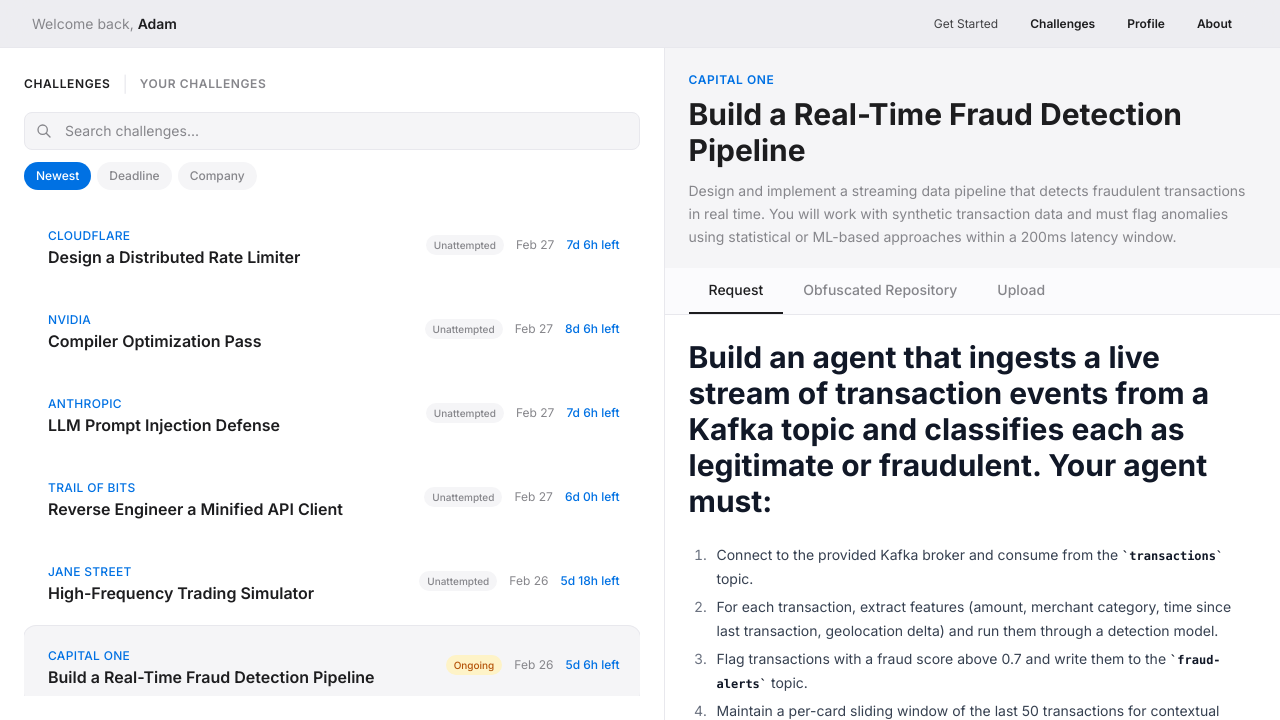
Repository: Ypout07/raikes-hacks
Page: / (app in web/)
These files come from the project's save history. The page is drawn as it stood at one moment and after the next save; the edit follows.
The browser window is 1280 px wide. The pictures show the whole page.
An inner scrolling area shows only its first screen. The project was rebuilt for these pictures with package versions that can differ from the ones it lists, and the page was loaded fresh each time. The framework's server and built-in components were replaced by stand-ins that run in the browser. Also part of the build but not shown: web/next.config.ts.

Above is the page before, as saved 2026-02-28 21:56:27.

### web/src/app/layout.tsx
import type { Metadata } from "next";
import { Inter } from "next/font/google";
import "./globals.css";

const inter = Inter({
  subsets: ["latin"],
  weight: ["400", "500", "600", "700"],
});

export const metadata: Metadata = {
  title: "Raikes Hacks",
  description: "Raikes Hacks competition platform",
};

export default function RootLayout({
  children,
}: {
  children: React.ReactNode;
}) {
  return (
    <html lang="en">
      <body className={inter.className}>{children}</body>
    </html>
  );
}

### web/src/app/globals.css
@tailwind base;
@tailwind components;
@tailwind utilities;

@layer base {
  body {
    @apply bg-surface-overlay text-body antialiased;
  }
}

@layer utilities {
  .scrollbar-hide {
    -ms-overflow-style: none;
    scrollbar-width: none;
  }
  .scrollbar-hide::-webkit-scrollbar {
    display: none;
  }
}

/* Tutorial prose styling */
.prose-custom h2 {
  @apply text-2xl font-bold text-heading mt-10 mb-3;
}
.prose-custom h3 {
  @apply text-lg font-semibold text-heading mt-8 mb-2;
}
.prose-custom h4 {
  @apply text-base font-semibold text-heading mt-6 mb-2;
}
.prose-custom p {
  @apply text-sm text-body leading-relaxed mb-4;
}
.prose-custom ul {
  @apply list-disc pl-5 mb-4 space-y-1;
}
.prose-custom ol {
  @apply list-decimal pl-5 mb-4 space-y-2;
}
.prose-custom li {
  @apply text-sm text-body leading-relaxed;
}
.prose-custom code {
  @apply text-xs font-mono bg-surface-overlay text-heading px-1.5 py-0.5 rounded;
}
.prose-custom pre {
  @apply bg-surface-overlay border border-surface-hover rounded-xl p-4 mb-4 overflow-x-auto;
}
.prose-custom pre code {
  @apply bg-transparent p-0 text-xs leading-relaxed whitespace-pre;
}
.prose-custom strong {
  @apply font-semibold text-heading;
}

### web/src/lib/mockChallenges.ts
import { Challenge } from "./types";

export const mockChallenges: Challenge[] = [
    {
        id: "1",
        title: "Build a Real-Time Fraud Detection Pipeline",
        company: "Capital One",
        description:
            "Design and implement a streaming data pipeline that detects fraudulent transactions in real time. You will work with synthetic transaction data and must flag anomalies using statistical or ML-based approaches within a 200ms latency window.",
        request:
            "# Build an agent that ingests a live stream of transaction events from a Kafka topic and classifies each as legitimate or fraudulent. Your agent must:\n\n1. Connect to the provided Kafka broker and consume from the `transactions` topic.\n2. For each transaction, extract features (amount, merchant category, time since last transaction, geolocation delta) and run them through a detection model.\n3. Flag transactions with a fraud score above 0.7 and write them to the `fraud-alerts` topic.\n4. Maintain a per-card sliding window of the last 50 transactions for contextual scoring.\n5. Achieve p95 end-to-end latency under 200ms.\n\nYou will be evaluated on detection accuracy (F1 score), latency, and false positive rate. The test harness replays 100k transactions with known labels.",
        postedAt: "2026-02-26T10:00:00Z",
        deadline: "2026-03-05T23:59:00Z",
        status: "ongoing",
    },
    {
        id: "2",
        title: "Optimize a Legacy Search Index",
        company: "Elasticsearch",
        description:
            "Given a degraded search index serving 50k queries per second, identify bottlenecks and refactor the indexing strategy. Your solution should improve p95 latency by at least 40% without increasing infrastructure costs.",
        request:
            "You are given a search cluster with 3 nodes, each holding a copy of a 12GB product catalog index. Current p95 latency is 380ms at 50k QPS. Your agent must:\n\n1. Analyze the provided index mappings and identify fields causing excessive memory usage or slow aggregations.\n2. Propose and implement a new mapping strategy that reduces field count and leverages `keyword` vs `text` types appropriately.\n3. Reindex the data using the optimized mappings.\n4. Tune shard count, replica settings, and refresh interval for the given hardware profile.\n5. Run the benchmark suite and produce a before/after comparison.\n\nTarget: p95 latency <= 228ms at 50k QPS with no additional nodes. Submit your revised mappings, reindex script, and benchmark results.",
        postedAt: "2026-02-25T14:00:00Z",
        deadline: "2026-03-04T23:59:00Z",
        status: "submitted",
    },
    {
        id: "3",
        title: "Reverse Engineer a Minified API Client",
        company: "Trail of Bits",
        description:
            "You are given an obfuscated JavaScript API client. Reconstruct its request signing algorithm and produce a clean, documented implementation that passes the provided integration test suite.",
        request:
            "You will receive `client.min.js`, an obfuscated 14KB JavaScript file that authenticates against a REST API using a custom HMAC-based request signing scheme. Your agent must:\n\n1. Deobfuscate the JavaScript and identify the signing function.\n2. Document the signing algorithm step by step: which headers are included, how the canonical request string is formed, and what hash function is used.\n3. Produce a clean Python implementation of the signing logic in a file called `signer.py`.\n4. Your implementation must pass all 25 integration tests in `test_signer.py`, which validate signatures against known request/response pairs.\n5. Write a brief report (`report.md`) explaining each obfuscation technique you encountered and how you defeated it.\n\nEvaluation: all tests pass, code clarity, and completeness of the report.",
        postedAt: "2026-02-27T08:00:00Z",
        deadline: "2026-03-06T18:00:00Z",
        status: "unattempted",
    },
    {
        id: "4",
        title: "Container Escape CTF",
        company: "CrowdStrike",
        description:
            "Exploit a deliberately misconfigured container runtime to escape to the host. Document each step of your exploit chain and propose mitigations for each vulnerability you discover.",
        request:
            "You are dropped into a shell inside a Docker container running on a Linux host. The container has been intentionally misconfigured. Your agent must:\n\n1. Enumerate the container environment: capabilities, mounted volumes, network namespace, and kernel version.\n2. Identify at least two distinct privilege escalation or escape vectors.\n3. Execute a full escape to gain a shell on the host and read the flag at `/root/flag.txt`.\n4. For each vulnerability exploited, write a mitigation recommendation (e.g., drop capabilities, read-only rootfs, seccomp profile).\n5. Submit `exploit.sh` (your exploit chain), `flag.txt` contents, and `mitigations.md`.\n\nScoring: flag capture (50%), number of unique vectors found (30%), quality of mitigations (20%).",
        postedAt: "2026-02-24T12:00:00Z",
        deadline: "2026-03-03T23:59:00Z",
        status: "expired",
    },
    {
        id: "5",
        title: "Design a Distributed Rate Limiter",
        company: "Cloudflare",
        description:
            "Implement a distributed rate limiting service that operates across multiple data centers with eventual consistency. Handle clock skew, network partitions, and burst traffic while maintaining fair request distribution.",
        request:
            "Implement a token-bucket rate limiter that runs across 3 simulated data centers. Your agent must:\n\n1. Implement the rate limiter as a gRPC service with `AllowRequest(client_id, tokens_requested)` and `GetStatus(client_id)` RPCs.\n2. Each data center maintains a local token bucket that syncs counters with peers every 500ms via gossip protocol.\n3. Handle network partitions gracefully — during a partition, each DC should enforce a local limit of `global_limit / num_dcs` and reconcile when connectivity is restored.\n4. Handle clock skew of up to 200ms between nodes without over- or under-counting.\n5. Pass the provided test suite which simulates 10k clients, burst traffic, partitions, and clock drift.\n\nDeliverables: service code, Dockerfile, and a design doc explaining your consistency trade-offs. Evaluated on correctness, fairness, and throughput.",
        postedAt: "2026-02-27T16:00:00Z",
        deadline: "2026-03-07T23:59:00Z",
        status: "unattempted",
    },
    {
        id: "6",
        title: "Patch a Vulnerable Smart Contract",
        company: "Coinbase",
        description:
            "Audit the provided Solidity smart contract, identify all exploitable vulnerabilities, write proof-of-concept exploits, and submit a patched version that passes the full security test harness.",
        request:
            "You are given `VaultV1.sol`, a DeFi vault contract with multiple known vulnerabilities. Your agent must:\n\n1. Audit the contract and identify all vulnerabilities (expect at least 4: reentrancy, integer overflow, access control, and front-running).\n2. For each vulnerability, write a Foundry test in `Exploit.t.sol` that demonstrates the exploit and drains or manipulates funds.\n3. Produce a patched `VaultV2.sol` that fixes all identified issues while preserving the original interface and functionality.\n4. Your patched contract must pass the original `Vault.t.sol` test suite (functional correctness) AND resist all exploits in your `Exploit.t.sol`.\n5. Write `audit.md` documenting each finding with severity, impact, and fix description.\n\nEvaluation: vulnerabilities found, exploit quality, patch correctness, and audit report clarity.",
        postedAt: "2026-02-26T09:00:00Z",
        deadline: "2026-03-05T12:00:00Z",
        status: "ongoing",
    },
    {
        id: "7",
        title: "Build a Zero-Knowledge Proof Verifier",
        company: "StarkWare",
        description:
            "Implement a ZK-STARK verifier from scratch that can validate arithmetic circuit proofs. Your implementation must handle field arithmetic, Merkle commitments, and FRI-based polynomial verification.",
        request:
            "Implement a STARK verifier in Rust or Python that validates proofs for arithmetic circuits over a 64-bit prime field. Your agent must:\n\n1. Implement finite field arithmetic (add, mul, inv, pow) over the Goldilocks field (p = 2^64 - 2^32 + 1).\n2. Implement a Merkle tree commitment scheme using SHA-256.\n3. Implement the FRI (Fast Reed-Solomon Interactive Oracle Proof) verification protocol for low-degree testing.\n4. Combine the above into a full STARK verifier that accepts a proof object and an arithmetic circuit description, and returns accept/reject.\n5. Verify all 10 provided test proofs (5 valid, 5 invalid) correctly.\n\nDeliverables: verifier source code and a `DESIGN.md` explaining your implementation of each component. Evaluated on correctness, code structure, and design doc quality.",
        postedAt: "2026-02-25T11:00:00Z",
        deadline: "2026-03-06T23:59:00Z",
        status: "unattempted",
    },
    {
        id: "8",
        title: "Automate Infrastructure Drift Detection",
        company: "HashiCorp",
        description:
            "Create a tool that continuously compares live cloud infrastructure against Terraform state files and alerts on drift. Support AWS EC2, S3, and IAM resources with a configurable threshold for acceptable variance.",
        request:
            "Build a CLI tool called `driftctl` that detects infrastructure drift between Terraform state and live AWS resources. Your agent must:\n\n1. Parse a Terraform state file (`terraform.tfstate`) and extract all managed EC2 instances, S3 buckets, and IAM roles/policies.\n2. Query the AWS API (using provided mock endpoints) to fetch the current state of those same resources.\n3. Diff each resource attribute and report changes as `added`, `modified`, or `deleted`.\n4. Support a `--threshold` flag: ignore drifts where the changed attribute count is below the threshold percentage.\n5. Output a JSON report and a human-readable summary to stdout.\n\nDeliverables: CLI source code, tests, and sample output. The test suite provides 3 state files with known drift. Evaluated on detection accuracy, output clarity, and code quality.",
        postedAt: "2026-02-24T09:00:00Z",
        deadline: "2026-03-04T18:00:00Z",
        status: "ongoing",
    },
    {
        id: "9",
        title: "LLM Prompt Injection Defense",
        company: "Anthropic",
        description:
            "Design and implement a multi-layered defense system that detects and neutralizes prompt injection attacks against an LLM-powered customer service bot. Evaluate against a provided red-team dataset of 500 adversarial inputs.",
        request:
            "Build a defense layer that sits between user input and an LLM-powered support bot. Your agent must:\n\n1. Implement an input classifier that scores each user message for injection likelihood (0.0 to 1.0) using pattern matching, perplexity analysis, or a lightweight ML model.\n2. Implement an output validator that checks the LLM's response for policy violations (data leaks, role-breaking, harmful content) before returning it to the user.\n3. Implement a prompt armoring layer that rewrites the system prompt to be resistant to override attempts.\n4. Wire all three layers into a `DefenseMiddleware` class with `screen_input(msg) -> (safe: bool, score: float)` and `screen_output(response) -> (safe: bool, reason: str)` methods.\n5. Evaluate against the provided `redteam_500.jsonl` dataset and achieve >= 92% detection rate with <= 5% false positive rate on benign inputs.\n\nDeliverables: middleware code, evaluation script, and a results summary. Evaluated on detection rate, false positive rate, and defense robustness.",
        postedAt: "2026-02-27T10:00:00Z",
        deadline: "2026-03-07T23:59:00Z",
        status: "unattempted",
    },
    {
        id: "10",
        title: "High-Frequency Trading Simulator",
        company: "Jane Street",
        description:
            "Build a matching engine simulator that processes limit and market orders with sub-microsecond precision. Implement price-time priority, handle partial fills, and support cancel/replace operations across multiple order books.",
        request:
            "Implement a matching engine in C++ or Rust that maintains order books for 5 symbols. Your agent must:\n\n1. Support order types: Limit, Market, IOC (Immediate or Cancel), and FOK (Fill or Kill).\n2. Implement price-time priority matching: orders at the same price level are filled in FIFO order.\n3. Handle partial fills correctly — a market buy for 100 shares against asks of 60 and 50 should fill 60 from the first and 40 from the second.\n4. Support Cancel and Cancel/Replace operations by order ID.\n5. Process the provided `orders.csv` (1M orders across 5 symbols) and produce `trades.csv` and `book_snapshots.csv`.\n\nTarget: process all 1M orders in under 2 seconds on a single core. Evaluated on correctness (trade output matches reference), performance, and code clarity.",
        postedAt: "2026-02-26T15:00:00Z",
        deadline: "2026-03-06T12:00:00Z",
        status: "unattempted",
    },
    {
        id: "11",
        title: "Malware Sandbox Evasion Analysis",
        company: "Mandiant",
        description:
            "Analyze a set of malware samples that employ sandbox evasion techniques. Document each evasion method, classify them by category, and build detection signatures that identify the evasion behavior without triggering false positives.",
        request:
            "You are given 8 malware samples (PE binaries) that use various sandbox evasion techniques. Your agent must:\n\n1. Run each sample in the provided sandbox environment and observe its behavior (API calls, file access, network activity, timing checks).\n2. Identify and classify evasion techniques used by each sample (e.g., sleep acceleration detection, registry fingerprinting, user interaction checks, hardware enumeration).\n3. For each technique, write a YARA rule that detects the evasion pattern in static analysis.\n4. Validate your YARA rules against the 8 malicious samples (should match) and 20 benign samples (should not match).\n5. Produce `analysis.md` with a per-sample breakdown and `evasion_rules.yar` with all detection signatures.\n\nEvaluation: evasion techniques identified, YARA rule accuracy (true positive rate vs false positive rate), and analysis quality.",
        postedAt: "2026-02-23T08:00:00Z",
        deadline: "2026-03-03T17:00:00Z",
        status: "submitted",
    },
    {
        id: "12",
        title: "Compiler Optimization Pass",
        company: "NVIDIA",
        description:
            "Write a custom LLVM optimization pass that identifies and vectorizes nested loop patterns common in matrix multiplication. Benchmark your pass against the baseline on provided CUDA kernel test cases.",
        request:
            "Write an LLVM IR optimization pass that detects and vectorizes matrix multiplication patterns. Your agent must:\n\n1. Implement a `FunctionPass` that scans for nested loop nests matching the pattern `C[i][j] += A[i][k] * B[k][j]`.\n2. Transform the detected pattern to use LLVM vector intrinsics (e.g., `llvm.x86.avx2` or generic vector ops) for the inner loop.\n3. Handle edge cases: non-power-of-2 dimensions (requires a scalar epilogue), aliased pointers (must prove no-alias or skip), and different data types (f32, f64).\n4. Register the pass as a plugin loadable via `opt -load`.\n5. Run the pass on the 5 provided `.ll` test files and produce benchmark results comparing original vs optimized execution time.\n\nDeliverables: pass source code, CMakeLists.txt, and benchmark results. Evaluated on speedup achieved, correctness (output matches reference), and edge case handling.",
        postedAt: "2026-02-27T14:00:00Z",
        deadline: "2026-03-08T23:59:00Z",
        status: "unattempted",
    },
];

### web/src/components/Navbar.tsx
"use client";

import Link from "next/link";
import { usePathname } from "next/navigation";

const NAV_ITEMS = [
  { label: "Get Started", href: "/get-started" },
  { label: "Challenges", href: "/" },
  { label: "Profile", href: "/" },
  { label: "About", href: "/" },
];

export default function Navbar() {
  const pathname = usePathname();

  return (
    <nav className="flex items-center justify-between px-8 h-12 bg-surface-hover/60 backdrop-blur-lg border-b border-surface-hover flex-shrink-0">
      <Link href="/" className="text-sm text-muted hover:text-heading transition-colors">
        Welcome back, <span className="text-heading font-semibold">Adam</span>
      </Link>

      <div className="flex items-center gap-0">
        {NAV_ITEMS.map((item) => (
          <Link
            key={item.label}
            href={item.href}
            className={`px-4 py-1.5 text-xs transition-colors ${
              pathname === item.href
                ? "text-heading font-semibold"
                : "text-body hover:text-heading"
            }`}
          >
            {item.label}
          </Link>
        ))}
      </div>
    </nav>
  );
}

### web/src/components/ChallengeCard.tsx
"use client";

import { Challenge, ChallengeStatus } from "@/lib/types";

const statusConfig: Record<ChallengeStatus, { label: string; className: string }> = {
  submitted: { label: "Submitted", className: "bg-green-100 text-green-700" },
  ongoing: { label: "Ongoing", className: "bg-amber-100 text-amber-700" },
  unattempted: { label: "Unattempted", className: "bg-surface-overlay text-muted" },
  expired: { label: "Expired", className: "bg-red-100 text-red-600" },
};

function formatPostedDate(iso: string): string {
  const date = new Date(iso);
  return date.toLocaleDateString("en-US", { month: "short", day: "numeric" });
}

function getTimeRemaining(deadline: string): string {
  const now = Date.now();
  const end = new Date(deadline).getTime();
  const diff = end - now;

  if (diff <= 0) return "Ended";

  const days = Math.floor(diff / (1000 * 60 * 60 * 24));
  const hours = Math.floor((diff % (1000 * 60 * 60 * 24)) / (1000 * 60 * 60));

  if (days > 0) return `${days}d ${hours}h left`;
  return `${hours}h left`;
}

interface ChallengeCardProps {
  challenge: Challenge;
  isSelected: boolean;
  onSelect: (challenge: Challenge) => void;
  compact?: boolean;
}

export default function ChallengeCard({
  challenge,
  isSelected,
  onSelect,
  compact = false,
}: ChallengeCardProps) {
  return (
    <button
      onClick={() => onSelect(challenge)}
      className={`
        group relative w-full flex-shrink-0 rounded-xl overflow-hidden flex
        transition-all duration-200 text-left
        ${
          isSelected
            ? "bg-surface-overlay ring-1 ring-surface-hover shadow-sm"
            : "bg-surface hover:bg-surface-overlay"
        }
      `}
    >
      {/* Accent left bar */}
      <div
        className={`w-1 flex-shrink-0 rounded-l-xl transition-colors duration-200 ${
          isSelected ? "bg-muted" : "bg-transparent group-hover:bg-surface-hover"
        }`}
      />

      <div className={`flex-1 flex items-center gap-4 ${compact ? "px-4 py-3" : "px-5 py-4"}`}>
        {/* Left: company + title */}
        <div className="flex-1 min-w-0">
          <span className={`font-medium tracking-wide uppercase text-accent ${compact ? "text-[10px]" : "text-xs"}`}>
            {challenge.company}
          </span>
          <h3 className={`font-semibold text-heading leading-snug truncate ${compact ? "text-sm" : "text-base"}`}>
            {challenge.title}
          </h3>
        </div>

        {/* Right: meta */}
        <div className="flex-shrink-0 flex items-center gap-3 text-xs text-muted whitespace-nowrap">
          <span
            className={`px-2 py-0.5 rounded-full text-[10px] font-medium ${statusConfig[challenge.status].className}`}
          >
            {statusConfig[challenge.status].label}
          </span>
          <span className="hidden sm:inline">
            {formatPostedDate(challenge.postedAt)}
          </span>
          <span
            className={`font-medium ${
              getTimeRemaining(challenge.deadline) === "Ended"
                ? "text-red-500"
                : "text-accent"
            }`}
          >
            {getTimeRemaining(challenge.deadline)}
          </span>
        </div>
      </div>
    </button>
  );
}

### web/tailwind.config.ts
import type { Config } from "tailwindcss";

const config: Config = {
  content: ["./src/**/*.{ts,tsx}"],
  theme: {
    extend: {
      colors: {
        surface: {
          DEFAULT: "#ffffff",
          raised: "#fbfbfd",
          overlay: "#f5f5f7",
          hover: "#e8e8ed",
        },
        accent: {
          DEFAULT: "#0071e3",
          dim: "#0077ed",
          glow: "#147ce5",
        },
        muted: "#86868b",
        heading: "#1d1d1f",
        body: "#424245",
      },
    },
  },
  plugins: [require("@tailwindcss/typography")],
};

export default config;

Loaded but not shown: web/src/app/page.tsx (123 lines, source omitted); web/src/components/ChallengeList.tsx (122 lines, source omitted)

After the next save:
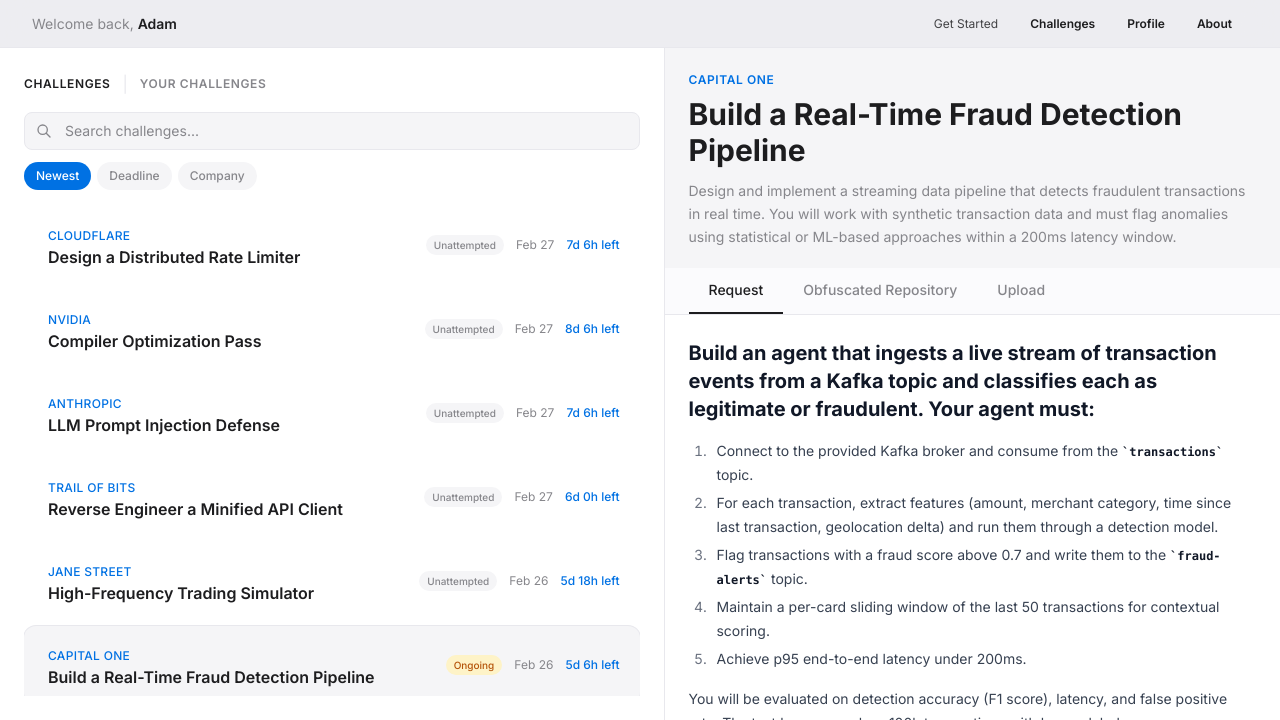
Saved 24 s later.
--- a/web/src/lib/mockChallenges.ts
+++ b/web/src/lib/mockChallenges.ts
@@ -8,7 +8,7 @@
         description:
             "Design and implement a streaming data pipeline that detects fraudulent transactions in real time. You will work with synthetic transaction data and must flag anomalies using statistical or ML-based approaches within a 200ms latency window.",
         request:
-            "# Build an agent that ingests a live stream of transaction events from a Kafka topic and classifies each as legitimate or fraudulent. Your agent must:\n\n1. Connect to the provided Kafka broker and consume from the `transactions` topic.\n2. For each transaction, extract features (amount, merchant category, time since last transaction, geolocation delta) and run them through a detection model.\n3. Flag transactions with a fraud score above 0.7 and write them to the `fraud-alerts` topic.\n4. Maintain a per-card sliding window of the last 50 transactions for contextual scoring.\n5. Achieve p95 end-to-end latency under 200ms.\n\nYou will be evaluated on detection accuracy (F1 score), latency, and false positive rate. The test harness replays 100k transactions with known labels.",
+            "## Build an agent that ingests a live stream of transaction events from a Kafka topic and classifies each as legitimate or fraudulent. Your agent must:\n\n1. Connect to the provided Kafka broker and consume from the `transactions` topic.\n2. For each transaction, extract features (amount, merchant category, time since last transaction, geolocation delta) and run them through a detection model.\n3. Flag transactions with a fraud score above 0.7 and write them to the `fraud-alerts` topic.\n4. Maintain a per-card sliding window of the last 50 transactions for contextual scoring.\n5. Achieve p95 end-to-end latency under 200ms.\n\nYou will be evaluated on detection accuracy (F1 score), latency, and false positive rate. The test harness replays 100k transactions with known labels.",
         postedAt: "2026-02-26T10:00:00Z",
         deadline: "2026-03-05T23:59:00Z",
         status: "ongoing",
